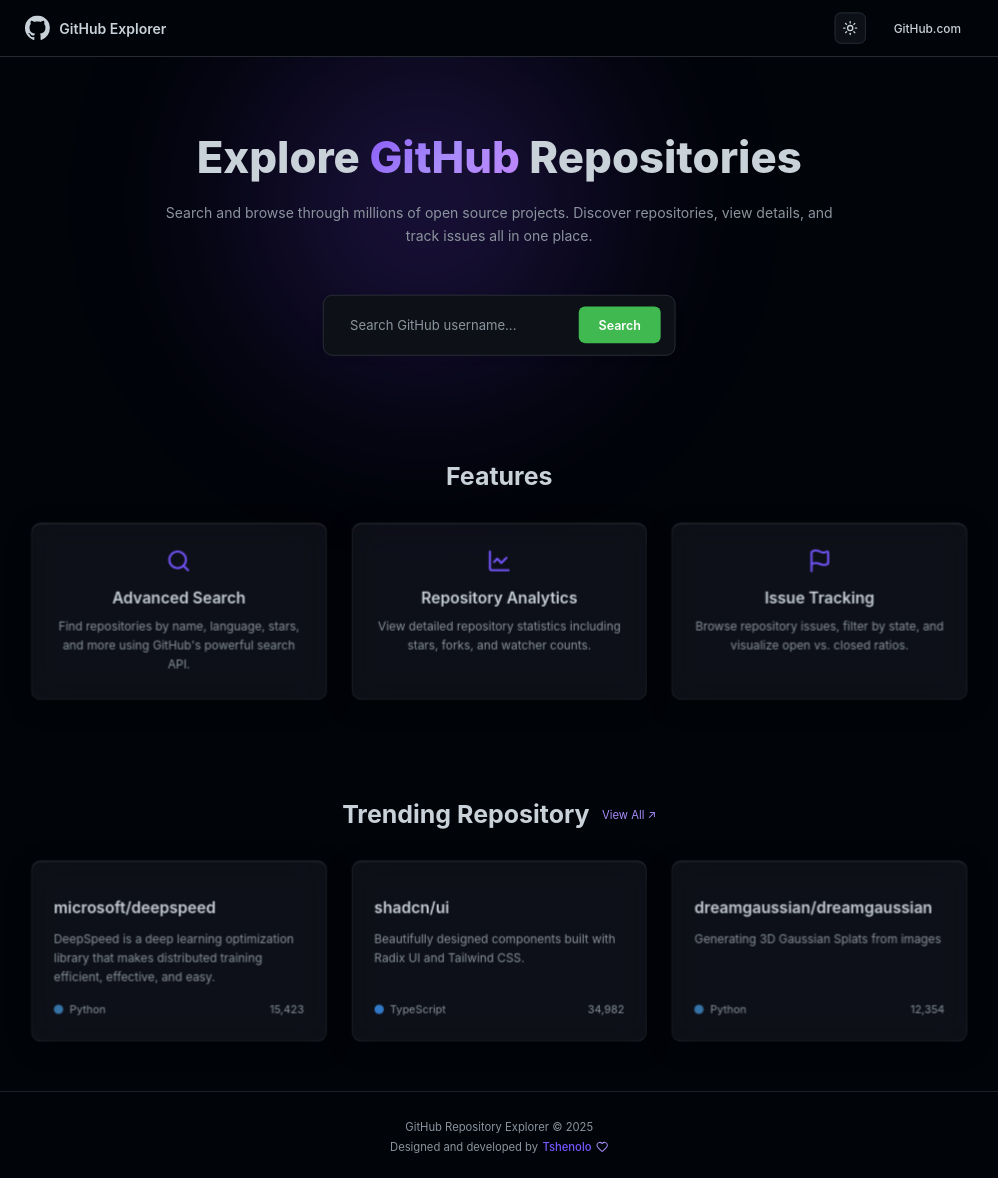
Repository: Tshenolo1994/username-repo
Page: /
These files come from the project's save history. The page is drawn as it stood at one moment and after the next save; the edit follows.
The browser window is 1280 px wide. The pictures show the whole page, at 78% of full size.
The project was rebuilt for these pictures with package versions that can differ from the ones it lists, and the page was loaded fresh each time. Also part of the build but not shown: vite.config.ts, src/views/RepoView.vue.

Above is the page before, as saved 2025-10-27 01:47:42.

### index.html
<!doctype html>
<html lang="en">
  <head>
    <meta charset="UTF-8" />
    <link rel="icon" type="image/svg+xml" href="/vite.svg" />
    <meta name="viewport" content="width=device-width, initial-scale=1.0" />
    <title>commit-explorer</title>
  </head>
  <body>
    <div id="app"></div>
    <script type="module" src="/src/main.ts"></script>
  </body>
</html>

### src/main.ts
import { createApp } from 'vue'
import { createPinia } from 'pinia'
import App from './App.vue'
import router from './router'
import './styles/theme.css'

createApp(App)
  .use(createPinia())
  .use(router)
  .mount('#app')

### src/App.vue
<!-- App.vue or Layout.vue -->
<script setup>
import Header from '@/components/Header.vue';
import Footer from '@/components/Footer.vue';
</script>

<template>
  <div id="app">
    <Header />
    <main>
      <router-view />
    </main>
    <Footer />
  </div>
</template>

### src/router/index.ts
import { createRouter, createWebHistory } from 'vue-router'
import HomeView from '@/views/HomeView.vue'
import RepoView from '@/views/RepoView.vue'

const router = createRouter({
  history: createWebHistory(),
  routes: [
    { path: '/', name: 'home', component: HomeView },
    { path: '/repos/:username', name: 'repos', component: RepoView, props: true },
  ],
  scrollBehavior: () => ({ top: 0 }),
})

export default router

### src/styles/theme.css
:root {

    --bg: #010409;
    --bg-elev: #0d1117;
    --border: #30363d;
    --text: #c9d1d9;
    --muted: #8b949e;
    --button-bg: #161b22;
    --button-accent: #3fb950;
    --link: #7656FE;
    --error-text: #ff7b72;
    --error-bg: rgba(248, 81, 73, 0.1);
    --empty-state-bg: rgba(13, 17, 23, 0.5);
  }

  html, body, #app {
    margin: 0;
    padding: 0;
    background: var(--bg);
    color: var(--text);
    font-family: 'Inter', system-ui, -apple-system, BlinkMacSystemFont, 'Segoe UI', sans-serif;
    transition: background 0.3s ease, color 0.3s ease;
  }

  * {
    box-sizing: border-box;
  }

  h1, h2, h3, h4, h5, h6 {
    line-height: 1.2;
    margin: 0;
  }

  p {
    margin: 0.25rem 0 0;
  }

  a {
    color: var(--link);
    text-decoration: none;
  }

  button {
    font-family: inherit;
    border: none;
    outline: none;
  }

  input, textarea, select {
    font-family: inherit;
  }

  .card {
    background: var(--bg-elev);
    border: 1px solid var(--border);
    border-radius: 0.75rem;
    padding: 1rem;
    box-shadow: 0 1px 2px rgba(0, 0, 0, 0.15);
  }

### src/components/Header.vue
<script setup lang="ts">
import { Sun, Moon } from 'lucide-vue-next';
import { useTheme } from '@/composables/useTheme';

const { isDark, toggleTheme } = useTheme();
</script>

<template>
  <header class="header">
    <div class="header-content">
      <div class="logo">
        <svg width="32" height="32" viewBox="0 0 16 16" fill="currentColor">
          <path d="M8 0C3.58 0 0 3.58 0 8c0 3.54 2.29 6.53 5.47 7.59.4.07.55-.17.55-.38 0-.19-.01-.82-.01-1.49-2.01.37-2.53-.49-2.69-.94-.09-.23-.48-.94-.82-1.13-.28-.15-.68-.52-.01-.53.63-.01 1.08.58 1.23.82.72 1.21 1.87.87 2.33.66.07-.52.28-.87.51-1.07-1.78-.2-3.64-.89-3.64-3.95 0-.87.31-1.59.82-2.15-.08-.2-.36-1.02.08-2.12 0 0 .67-.21 2.2.82.64-.18 1.32-.27 2-.27.68 0 1.36.09 2 .27 1.53-1.04 2.2-.82 2.2-.82.44 1.1.16 1.92.08 2.12.51.56.82 1.27.82 2.15 0 3.07-1.87 3.75-3.65 3.95.29.25.54.73.54 1.48 0 1.07-.01 1.93-.01 2.2 0 .21.15.46.55.38A8.013 8.013 0 0016 8c0-4.42-3.58-8-8-8z"/>
        </svg>
        <span class="logo-text">GitHub Explorer</span>
      </div>

      <nav class="nav">
        <button @click="toggleTheme" class="theme-toggle" :aria-label="isDark ? 'Switch to light mode' : 'Switch to dark mode'">
          <Sun v-if="isDark" :size="20" />
          <Moon v-else :size="20" />
        </button>
        <a href="https://github.com" target="_blank" rel="noreferrer" class="github-link">
          GitHub.com
        </a>
      </nav>
    </div>
  </header>
</template>

<style scoped>
.header {
  background: var(--bg);
  border-bottom: 1px solid var(--border);
  padding: 1rem 2rem;
  position: sticky;
  top: 0;
  z-index: 100;
  backdrop-filter: blur(8px);
  transition: background 0.3s, border-color 0.3s;
}

.header-content {
  max-width: 1400px;
  margin: 0 auto;
  display: flex;
  justify-content: space-between;
  align-items: center;
}

.logo {
  display: flex;
  align-items: center;
  gap: 0.75rem;
  color: var(--text);
  font-weight: 600;
  font-size: 1.125rem;
  cursor: pointer;
  transition: color 0.2s;
}

.logo:hover {
  color: var(--link);
}

.logo svg {
  flex-shrink: 0;
}

.logo-text {
  font-weight: 600;
}

.nav {
  display: flex;
  align-items: center;
  gap: 1.25rem;
}

.theme-toggle {
  background: var(--bg-elev);
  border: 1px solid var(--border);
  border-radius: 8px;
  width: 40px;
  height: 40px;
  display: flex;
  align-items: center;
  justify-content: center;
  cursor: pointer;
  color: var(--text);
  transition: all 0.2s;
}

.theme-toggle:hover {
  background: var(--border);
  transform: rotate(15deg);
}

.github-link {
  color: var(--text);
  text-decoration: none;
  font-size: 0.95rem;
  font-weight: 500;
  padding: 0.5rem 1rem;
  border-radius: 6px;
  transition: all 0.2s;
}

.github-link:hover {
  color: var(--link);
  background: var(--bg-elev);
}

@media (max-width: 640px) {
  .header {
    padding: 1rem;
  }

  .logo-text {
    display: none;
  }
}
</style>

### src/components/Footer.vue
<script setup lang="ts">
import { Heart } from 'lucide-vue-next';

const currentYear = new Date().getFullYear();
</script>

<template>
  <footer class="footer">
    <div class="footer-content">
      <p class="footer-text">
        GitHub Repository Explorer © {{ currentYear }}
      </p>
      <p class="footer-credits">
        Designed and developed by <a href="#" class="footer-link">Tshenolo</a>
        <Heart :size="16" class="heart-icon" />
      </p>
    </div>
  </footer>
</template>

<style scoped>
.footer {
  background: var(--bg);
  border-top: 1px solid var(--border);
  padding: 2rem;
  margin-top: auto;
  transition: background 0.3s, border-color 0.3s;
}

.footer-content {
  max-width: 1400px;
  margin: 0 auto;
  text-align: center;
}

.footer-text {
  color: var(--muted);
  font-size: 0.9rem;
  margin-bottom: 0.5rem;
}

.footer-credits {
  color: var(--muted);
  font-size: 0.9rem;
  margin: 0;
  display: flex;
  align-items: center;
  justify-content: center;
  gap: 0.35rem;
}

.heart-icon {
  color: #a78bfa;
  fill: none;
}

.footer-link {
  color: var(--link);
  text-decoration: none;
  font-weight: 500;
  transition: opacity 0.2s;
}

.footer-link:hover {
  opacity: 0.8;
}

@media (max-width: 640px) {
  .footer {
    padding: 1.5rem 1rem;
  }

  .footer-text,
  .footer-credits {
    font-size: 0.85rem;
  }
}
</style>

### src/composables/useTheme.ts
import { ref, onMounted, watch } from 'vue';

export const darkTheme = {
  background: '#010409',
  surface: '#0d1117',
  border: '#30363d',
  text: '#c9d1d9',
  secondaryText: '#8b949e',
  buttonBg: '#161b22',
  buttonAccent: '#3fb950',
  linkColor: '#7656FE',
  errorText: '#ff7b72',
  errorBackground: 'rgba(248, 81, 73, 0.1)',
  emptyStateBackground: 'rgba(13, 17, 23, 0.5)',
};

export const lightTheme = {
  background: '#f6f6f6',
  surface: '#fbfefb',
  border: '#d0d7de',
  text: '#24292f',
  secondaryText: '#57606a',
  buttonBg: '#f6f8fa',
  buttonAccent: '#3fb950',
  linkColor: '#7656FE',
  errorText: '#cf222e',
  errorBackground: 'rgba(248, 81, 73, 0.05)',
  emptyStateBackground: 'rgba(246, 248, 250, 0.5)',
};

type Theme = typeof darkTheme;

const isDark = ref(true);

export function useTheme() {
  const theme = ref<Theme>(darkTheme);

  const applyTheme = (themeObj: Theme) => {
    const root = document.documentElement;
    root.style.setProperty('--bg', themeObj.background);
    root.style.setProperty('--bg-elev', themeObj.surface);
    root.style.setProperty('--border', themeObj.border);
    root.style.setProperty('--text', themeObj.text);
    root.style.setProperty('--muted', themeObj.secondaryText);
    root.style.setProperty('--button-bg', themeObj.buttonBg);
    root.style.setProperty('--button-accent', themeObj.buttonAccent);
    root.style.setProperty('--link', themeObj.linkColor);
    root.style.setProperty('--error-text', themeObj.errorText);
    root.style.setProperty('--error-bg', themeObj.errorBackground);
    root.style.setProperty('--empty-state-bg', themeObj.emptyStateBackground);
  };

  const toggleTheme = () => {
    isDark.value = !isDark.value;
    theme.value = isDark.value ? darkTheme : lightTheme;
    applyTheme(theme.value);
    localStorage.setItem('theme', isDark.value ? 'dark' : 'light');
  };

  const initTheme = () => {
    const savedTheme = localStorage.getItem('theme');
    if (savedTheme) {
      isDark.value = savedTheme == 'dark';
    } else {
      isDark.value = true;
    }
    theme.value = isDark.value ? darkTheme : lightTheme;
    applyTheme(theme.value);
  };

  onMounted(() => {
    initTheme();
  });

  return {
    isDark,
    theme,
    toggleTheme,
  };
}

### src/components/SearchBar.vue
<script setup lang="ts">
import { ref } from 'vue';
import { useRouter } from 'vue-router';

const router = useRouter();
const username = ref('');
const validationError = ref('');

const searchUser = () => {
  validationError.value = '';

  if (!username.value.trim()) {
    validationError.value = 'Please enter a username';
    return;
  }

  const usernamePattern = /^[a-zA-Z0-9-]+$/;
  if (!usernamePattern.test(username.value)) {
    validationError.value = 'Username can only contain letters, numbers, and hyphens';
    return;
  }

  const user = username.value.trim();
  router.push(`/repos/${user}`);
  username.value = '';
};
</script>

<template>
  <div class="search">
    <form @submit.prevent="searchUser" :class="['search__form', { 'search__form--error': validationError }]">
      <input
        v-model="username"
        placeholder="Search GitHub username..."
        class="search__input"
        required
        aria-label="Search GitHub username"
      />
      <div class="search__actions">
        <button v-if="username" type="button" class="search__clear" @click="username = ''" aria-label="Clear search">
          ✕
        </button>
        <button type="submit" class="search__btn">Search</button>
      </div>
    </form>

    <p v-if="validationError" class="search__error">{{ validationError }}</p>
  </div>
</template>

<style scoped>
/* container centers the extra-wide bar */
.search {
  width: 100%;
  display: flex;
  justify-content: center;
  margin: 1.25rem 0 0.5rem;
}

/* big, wide, elevated */
.search__form {
  display: flex;
  align-items: center;
  gap: 0.75rem;
  width: 100%;
  max-width: 1100px; /* ← wide desktop */
  background: var(--bg-elev);
  border: 1px solid var(--border);
  border-radius: 12px;
  padding: 0.9rem 1.1rem;
  box-shadow: 0 4px 12px rgba(0,0,0,0.06);
  transition: border-color 0.2s ease, box-shadow 0.2s ease;
}

.search__form--error {
  border-color: var(--error-text);
}

.search__input {
  flex: 1;
  background: transparent;
  border: none;
  color: var(--text);
  font-size: 1.05rem;
  padding: 0.85rem 1rem;
  border-radius: 8px;
  outline: none;
}

.search__input::placeholder {
  color: var(--muted);
}

.search__input:focus {
  box-shadow: inset 0 0 0 1px var(--border);
}

/* buttons */
.search__actions {
  display: flex;
  gap: 0.5rem;
  align-items: center;
}

.search__clear {
  background: var(--button-bg);
  color: var(--text);
  border: 1px solid var(--border);
  border-radius: 8px;
  padding: 0.75rem 0.95rem;
  cursor: pointer;
  font-size: 0.95rem;
}

.search__clear:hover {
  filter: brightness(1.1);
}

.search__btn {
  background: var(--button-accent);
  color: #fff;
  border-radius: 8px;
  padding: 0.85rem 1.6rem;
  font-weight: 600;
  font-size: 1rem;
  cursor: pointer;
  white-space: nowrap;
  transition: filter 0.2s ease;
}

.search__btn:hover {
  filter: brightness(0.95);
}

/* error helper */
.search__error {
  color: var(--error-text);
  background: var(--error-bg);
  padding: 0.55rem 0.8rem;
  border-radius: 8px;
  font-size: 0.9rem;
  margin-top: 0.6rem;
  width: 100%;
  max-width: 1100px;
}

/* responsive: stack nicely on small screens */
@media (max-width: 640px) {
  .search__form {
    flex-direction: column;
    align-items: stretch;
    gap: 0.6rem;
    max-width: 100%;
    padding: 0.8rem 0.9rem;
  }

  .search__actions {
    width: 100%;
  }

  .search__btn,
  .search__clear {
    width: 100%;
  }
}

/* reduced motion respect */
@media (prefers-reduced-motion: reduce) {
  .search__form,
  .search__btn,
  .search__clear {
    transition: none;
  }
}
</style>

Loaded but not shown: src/views/HomeView.vue (471 lines, source omitted)

After the next save:
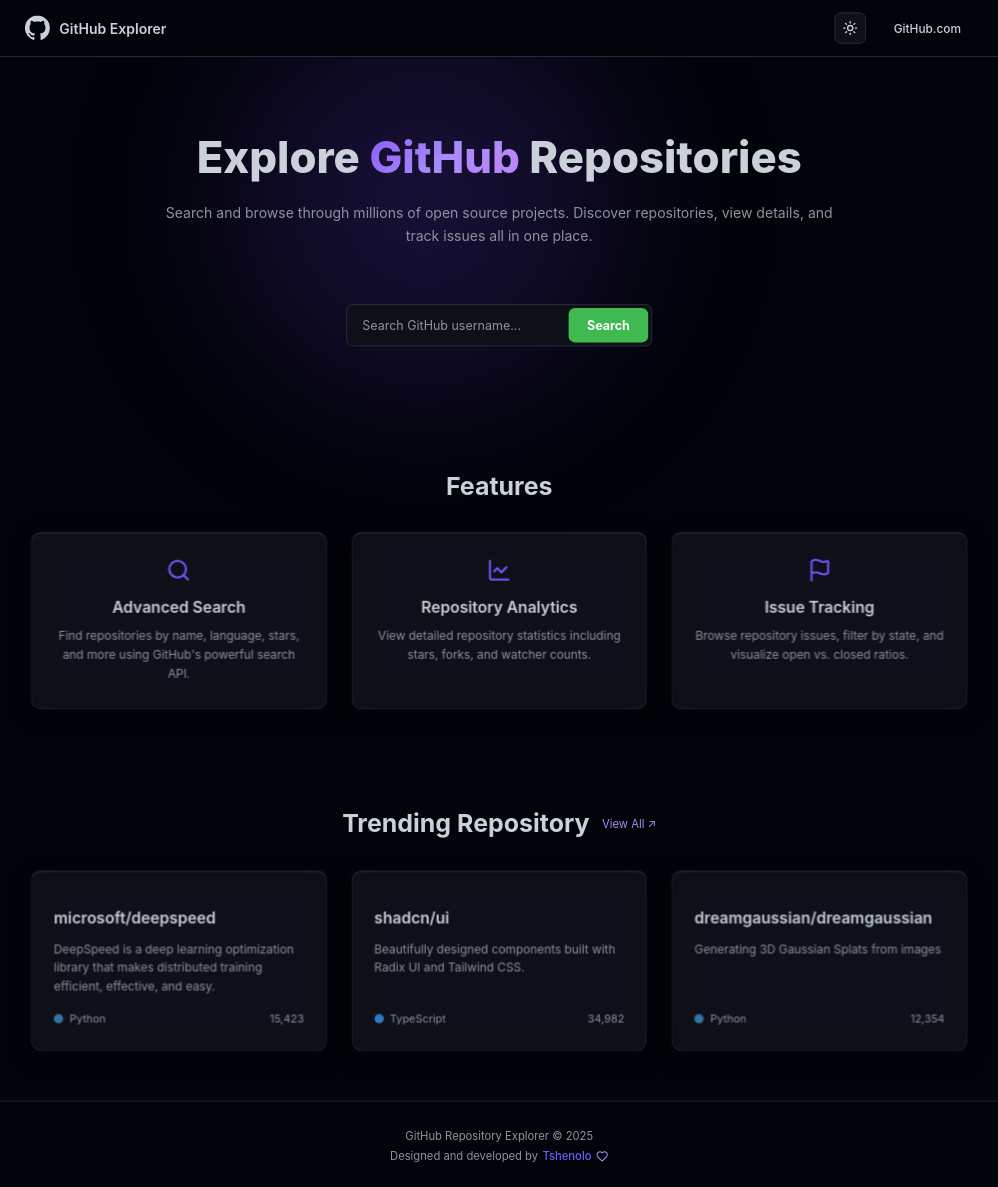
Saved 2 min 20 s later.
--- a/src/components/SearchBar.vue
+++ b/src/components/SearchBar.vue
@@ -28,62 +28,52 @@
 
 <template>
   <div class="search">
-    <form @submit.prevent="searchUser" :class="['search__form', { 'search__form--error': validationError }]">
+    <form @submit.prevent="searchUser" class="search__form">
       <input
         v-model="username"
         placeholder="Search GitHub username..."
         class="search__input"
+        :class="{ 'has-error': validationError }"
         required
-        aria-label="Search GitHub username"
       />
-      <div class="search__actions">
-        <button v-if="username" type="button" class="search__clear" @click="username = ''" aria-label="Clear search">
-          ✕
-        </button>
-        <button type="submit" class="search__btn">Search</button>
-      </div>
+      <button type="submit" class="search__btn">Search</button>
     </form>
-
     <p v-if="validationError" class="search__error">{{ validationError }}</p>
   </div>
 </template>
 
 <style scoped>
-/* container centers the extra-wide bar */
 .search {
   width: 100%;
   display: flex;
   justify-content: center;
-  margin: 1.25rem 0 0.5rem;
+  margin: 2rem 0;
 }
 
-/* big, wide, elevated */
+/* full-width bar centered */
 .search__form {
   display: flex;
   align-items: center;
-  gap: 0.75rem;
   width: 100%;
-  max-width: 1100px; /* ← wide desktop */
+  max-width: 900px;
   background: var(--bg-elev);
   border: 1px solid var(--border);
-  border-radius: 12px;
-  padding: 0.9rem 1.1rem;
-  box-shadow: 0 4px 12px rgba(0,0,0,0.06);
-  transition: border-color 0.2s ease, box-shadow 0.2s ease;
+  border-radius: 0.5rem;
+  padding: 0.25rem;
+  box-shadow: 0 1px 2px rgba(0, 0, 0, 0.25);
+  flex-wrap: nowrap;
 }
 
-.search__form--error {
-  border-color: var(--error-text);
-}
-
+/* long input */
 .search__input {
-  flex: 1;
+  flex: 1 1 auto;
+  min-width: 0;
   background: transparent;
   border: none;
   color: var(--text);
-  font-size: 1.05rem;
-  padding: 0.85rem 1rem;
-  border-radius: 8px;
+  font-size: 1rem;
+  padding: 0.75rem 1rem;
+  border-radius: 0.5rem;
   outline: none;
 }
 
@@ -92,84 +82,56 @@
 }
 
 .search__input:focus {
-  box-shadow: inset 0 0 0 1px var(--border);
+  outline: none;
+  box-shadow: none;
 }
 
-/* buttons */
-.search__actions {
-  display: flex;
-  gap: 0.5rem;
-  align-items: center;
-}
-
-.search__clear {
-  background: var(--button-bg);
-  color: var(--text);
-  border: 1px solid var(--border);
-  border-radius: 8px;
-  padding: 0.75rem 0.95rem;
-  cursor: pointer;
-  font-size: 0.95rem;
-}
-
-.search__clear:hover {
-  filter: brightness(1.1);
-}
-
+/* green button fixed width */
 .search__btn {
   background: var(--button-accent);
   color: #fff;
-  border-radius: 8px;
-  padding: 0.85rem 1.6rem;
-  font-weight: 600;
+  padding: 0.75rem 1.5rem;
+  font-weight: 700;
+  border-radius: 0.5rem;
   font-size: 1rem;
+  border: none;
   cursor: pointer;
-  white-space: nowrap;
-  transition: filter 0.2s ease;
+  flex-shrink: 0;
+  transition: background 0.2s ease;
 }
 
 .search__btn:hover {
-  filter: brightness(0.95);
+  background: #2ea043;
 }
 
-/* error helper */
+/* error styling */
 .search__error {
   color: var(--error-text);
   background: var(--error-bg);
-  padding: 0.55rem 0.8rem;
-  border-radius: 8px;
+  padding: 0.5rem 0.75rem;
+  border-radius: 0.5rem;
   font-size: 0.9rem;
-  margin-top: 0.6rem;
-  width: 100%;
-  max-width: 1100px;
+  margin-top: 0.5rem;
+  text-align: center;
 }
 
-/* responsive: stack nicely on small screens */
+/* wider on desktop */
+@media (min-width: 768px) {
+  .search__form {
+    max-width: 1100px;
+  }
+}
+
+/* responsive stacking on mobile */
 @media (max-width: 640px) {
   .search__form {
     flex-direction: column;
     align-items: stretch;
-    gap: 0.6rem;
-    max-width: 100%;
-    padding: 0.8rem 0.9rem;
+    padding: 0.5rem;
   }
 
-  .search__actions {
-    width: 100%;
-  }
-
-  .search__btn,
-  .search__clear {
+  .search__btn {
     width: 100%;
   }
 }
-
-/* reduced motion respect */
-@media (prefers-reduced-motion: reduce) {
-  .search__form,
-  .search__btn,
-  .search__clear {
-    transition: none;
-  }
-}
 </style>
